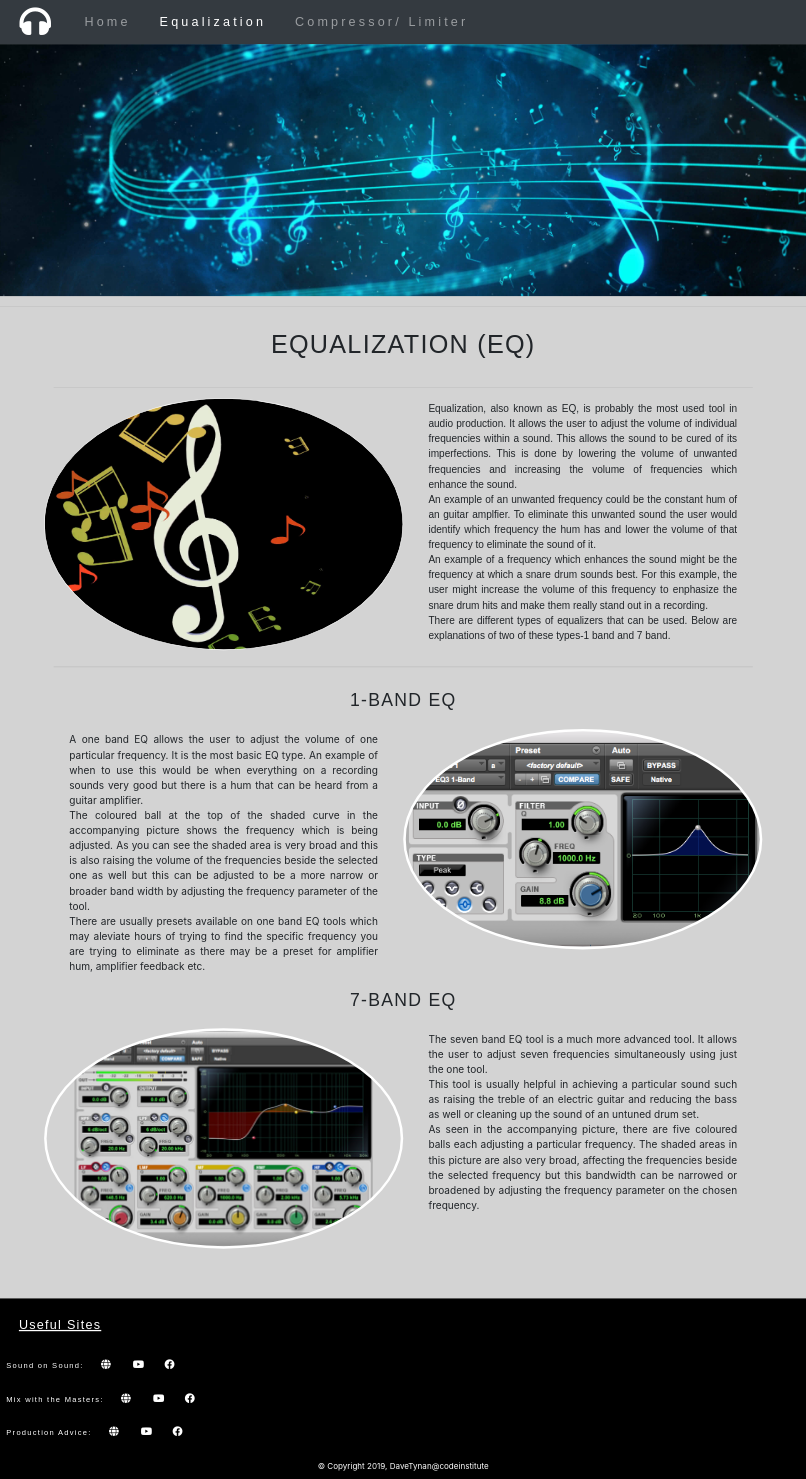
Repository: djjtyn/CIMilestoneProject1
Page: eq.html
The author's editor kept a record of every edit. The page is drawn from the files as they stood at one moment, then again after the next edit.
The browser window is 1280 px wide. The pictures show the whole page, at 63% of full size.
Some web libraries are served in a nearby version.

Above is the page before.
Console error (its wording comes from the project's code and is left out).

After the next edit:
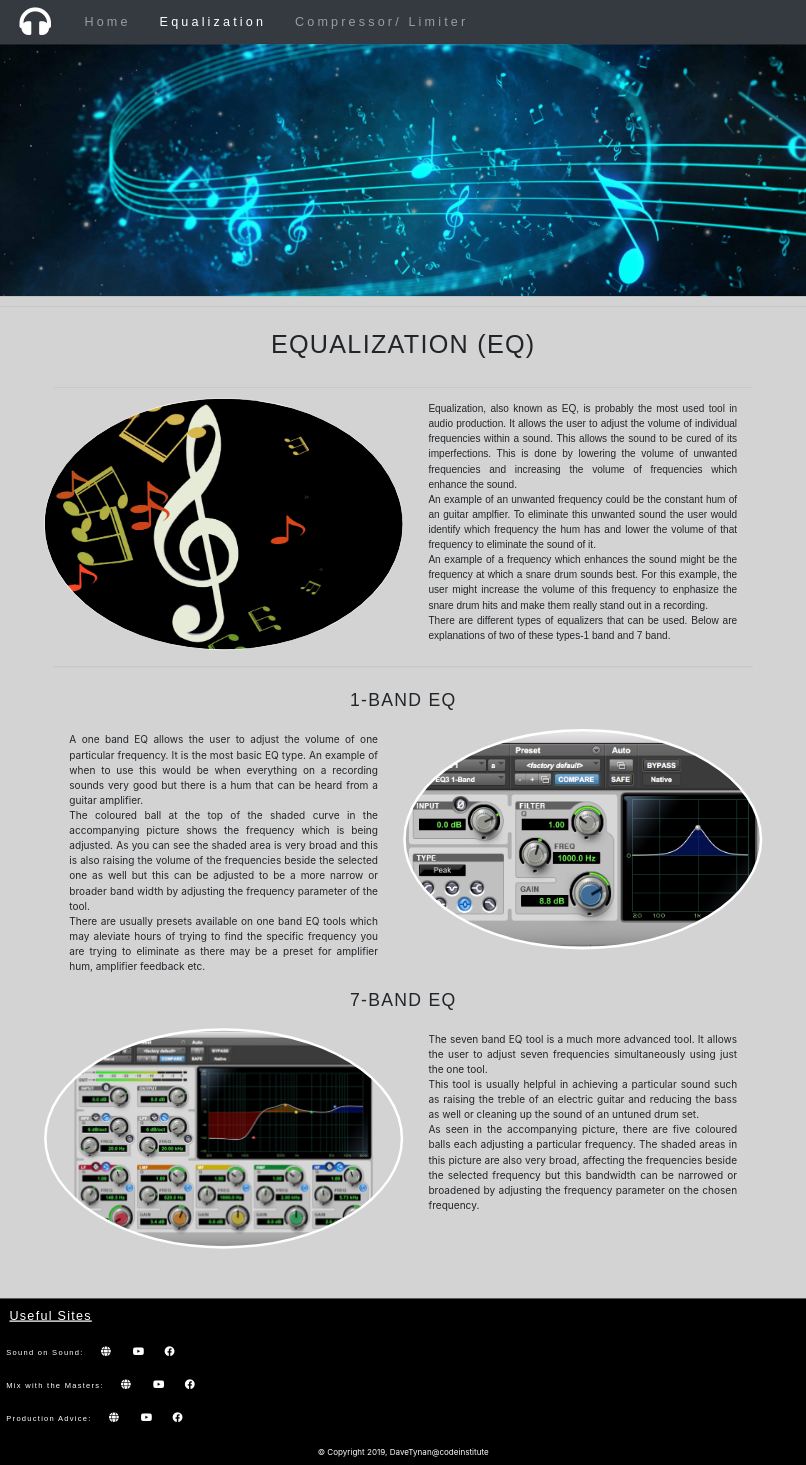
The edit:
--- a/css/style.css
+++ b/css/style.css
@@ -151,8 +151,9 @@
     letter-spacing: 2px;
     text-decoration: underline;
     font-weight: 300;
-    padding: 15px;
-    margin: 5px;
+    padding: 5px;
+
+
 }
 
 h6 {
